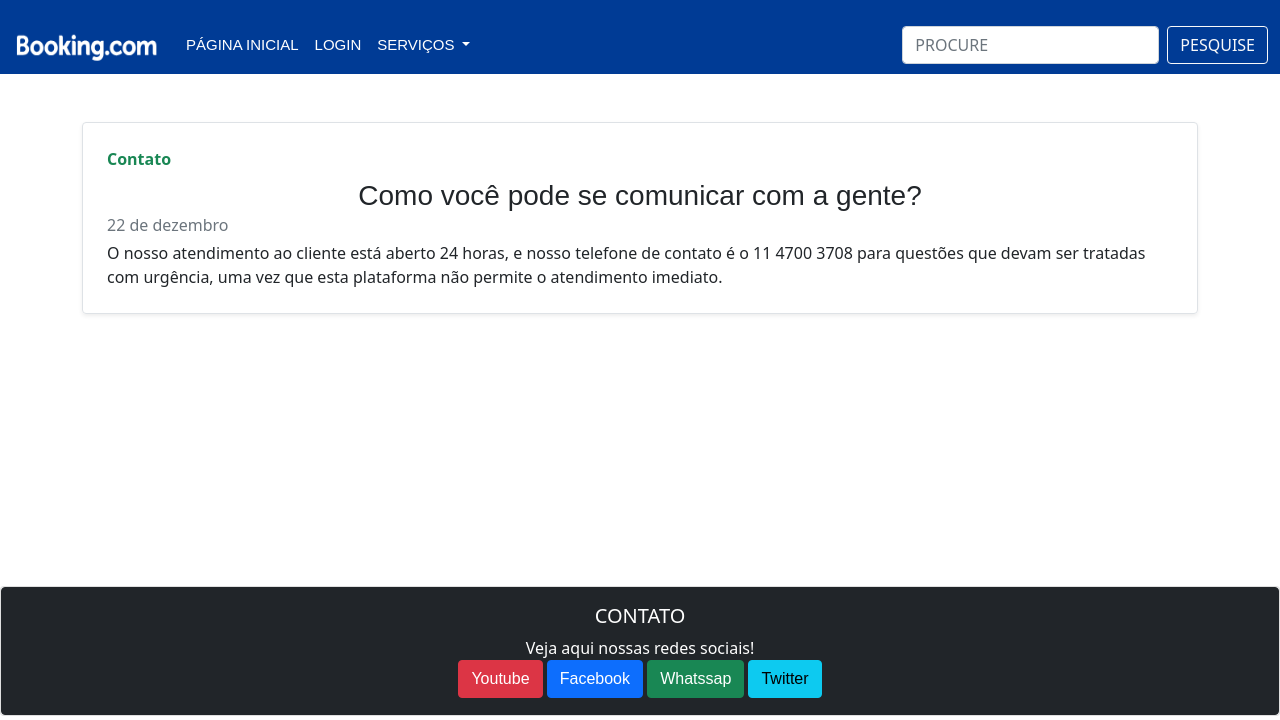
Repository: AnaLuizaDias/INB0243-
Page: contato.html
These files come from the project's save history. The page is drawn as it stood at one moment and after the next save; the edit follows.
The browser window is 1280 px wide. The pictures show the whole page.

Above is the page before, as saved 2023-10-25 16:14:31.

### contato.html
<!DOCTYPE html>
<html lang="pt-br">
  <head>
    <meta charset="UTF-8" />
    <meta
      name="viewport"
      content="width=device-width,
    initial-scale=1.0"
    />
    <title>Booking</title>
    <link rel="stylesheet" href="style.css" />
    <script
      src="https://cdn.jsdelivr.net/npm/bootstrap@5.1.3/dist/js/bootstrap.bundle.min.js"
      integrity="sha384-ka7Sk0Gln4gmtz2MlQnikT1wXgYsOg+OMhuP+IlRH9sENBO0LRn5q+8nbTov4+1p"
      crossorigin="anonymous"
    ></script>
    <link
      href="https://cdn.jsdelivr.net/npm/bootstrap@5.1.3/dist/css/bootstrap.min.css"
      rel="stylesheet"
      integrity="sha384-1BmE4kWBq78iYhFldvKuhfTAU6auU8tT94WrHftjDbrCEXSU1oBoqyl2QvZ6jIW3"
      crossorigin="anonymous"
    />
  </head>
  <body style="background-color: white">
    <nav class="navbar navbar-expand-lg navbar-light cor1">
      <div class="container-fluid 4"></div>
    </nav>

    <nav class="navbar navbar-expand-lg navbar-light cor1">
      <div class="container-fluid 4">
        <img src="images/booking.png" alt="Imagem" height="42" width="150" />
        <a class="navbar-brand text-white" href=""></a>
        <button
          class="navbar-toggler"
          type="button"
          data-bs-toggle="collapse"
          data-bs-target="#navbarScroll"
          aria-controls="navbarScroll"
          aria-expanded="false"
          aria-label="Toggle navigation"
        >
          <span class="navbar-toggler-icon"></span>
        </button>
        <div class="collapse navbar-collapse" id="navbarScroll">
          <ul
            class="navbar-nav me-auto my-2 my-lg-0 navbar-nav-scroll"
            style="--bs-scroll-height: 100px"
          >
            <li class="nav-item">
              <a
                class="nav-link active text-white"
                aria-current="page"
                href="index.html"
                >PÁGINA INICIAL</a
              >
            </li>
            <li class="nav-item teste">
              <a class="nav-link text-white" href="login.html">LOGIN</a>
            </li>
            <li class="nav-item dropdown">
              <a
                class="nav-link dropdown-toggle text-white"
                href="#"
                id="navbarScrollingDropdown"
                role="button"
                data-bs-toggle="dropdown"
                aria-expanded="false"
              >
                SERVIÇOS
              </a>
              <ul
                class="dropdown-menu"
                aria-labelledby="navbarScrollingDropdown"
              >
                <li><a class="dropdown-item" href="pass.html">PASSAGENS</a></li>
                <li><a class="dropdown-item" href="hot.html">HOSPEDAGEM</a></li>
                <li><a class="dropdown-item" href="loc.html">LOCOMOÇÃO</a></li>
                <li><a class="dropdown-item" href="localizacao.html">LOCALIZAÇÃO</a></li>
              <li><a class="dropdown-item" href="faq.html">FAQ</a></li>
              <li><a class="dropdown-item" href="contato.html">CONTATO</a></li>
                <li>
                  <hr class="dropdown-divider" />
                </li>
                <li>
                  <a class="dropdown-item" href="relat.html">EXPERIÊNCIAS</a>
                </li>
              </ul>
            </li>
            <li class="nav-item text-white">
              <a class="nav-link disabled"></a>
            </li>
          </ul>
          <form class="d-flex">
            <input
              class="form-control me-2"
              type="search"
              placeholder="PROCURE"
              aria-label="Search"
            />
            <button class="btn btn-outline-light" type="submit">
              PESQUISE
            </button>
          </form>
        </div>
      </div>
    </nav>
    <br /><br />

    <main class="container">
      <div class="row mb-2">
        <div class="col-md-12">
          <div
            class="row g-0 border rounded overflow-hidden flex-md-row mb-4 shadow-sm h-md-250 position-relative"
          >
            <div class="col p-4 d-flex flex-column position-static">
              <strong class="d-inline-block mb-2 text-success">Contato</strong>
              <h3 class="mb-0">Como você pode se comunicar com a gente?</h3>
              <div class="mb-1 text-muted">22 de dezembro</div>
              <p class="card-text mb-auto">
                O nosso atendimento ao cliente está aberto 24 horas, e nosso telefone de contato é o 11 4700 3708 para questões que devam ser tratadas com urgência, uma vez que esta plataforma não permite o atendimento imediato.
              </p>
            </div>
          </div>
        </div>

      </div>

      <br /><br />
      <br /><br />
      <br /><br />
      <br /><br />



      </div>
    </main>
    <br /><br />
    <div class="card text-center">
      <div class="card-body btn btn-dark">
        <h5 class="card-title">CONTATO</h5>
        <p class="card-text">
          Veja aqui nossas redes sociais!<br />
          <a href="https://www.youtube.com/?hl=pt&gl=BR" class="btn btn-danger"
            >Youtube</a
          >
          <a href="https://pt-br.facebook.com/" class="btn btn-primary"
            >Facebook</a
          >
          <a href="https://web.whatsapp.com/" class="btn btn-success"
            >Whatssap</a
          >
          <a href="https://twitter.com/login?lang=pt" class="btn btn-info"
            >Twitter</a
          >
        </p>
      </div>
    </div>
  </body>
</html>

### style.css
@import url('https://fonts.googleapis.com/css2?family=Bangers&display=swap');
@import url('https://fonts.googleapis.com/css2?family=Bangers&family=Bebas+Neue&display=swap');
@import url('https://fonts.googleapis.com/css2?family=Karla:ital,wght@1,300&display=swap');
.li {
    color: white;
}
.cor1{
    background-color: #003B95;
}
.cor2{
    background-color: #544eff;
}

body{
    background-color: #544eff ;
}
.cor3{
    background-color: #8F8CDB;
}
.teste {
    font-family: Arial, sans;
    color:white;
}

a{
    font-family:Arial, Helvetica, sans-serif;
    font-size:15px;
}
.navbar-brand {
    font-size: 30px;
}
cardy-body{
    padding: 20px;
}
.card1{
   width: 30%;
}
.foto1{
    width:50%;
}
.direita{
    float: right;
    width: 50%;
    padding-left: 5%;
    text-align: justify;
}
.esquerda{
    text-align: justify;
}
.form-signin {
    width: 100%;
    max-width: 330px;
    padding: 15px;
    margin: auto;
    font-family:'Times New Roman', Times, serif
  }

  .form-signin .checkbox {
    font-weight: 400;
  }

  .form-signin .form-floating:focus-within {
    z-index: 2;
  }

  .form-signin input[type="email"] {
    margin-bottom: -1px;
    border-bottom-right-radius: 0;
    border-bottom-left-radius: 0;
  }

  .form-signin input[type="password"] {
    margin-bottom: 10px;
    border-top-left-radius: 0;
    border-top-right-radius: 0;
  }
  h1, label{
    font-family: 'Segoe UI', Tahoma, Geneva, Verdana, sans-serif;
 }

 .cor{
     color: #fff;
 }
 .font{
     font-family: 'Segoe UI', Tahoma, Geneva, Verdana, sans-serif;
 }
 .conta{
    padding: 20px;
 }
 .ola{
    padding:20px;
 }
.formulario{
    padding:20px;
}
h3{
    text-align: center;
    font-family:Arial, Helvetica, sans-serif;
    font-size: 20px;
}

 .localizacao{
    align-content: center;
    padding-left: 30px;
 }

After the next save:
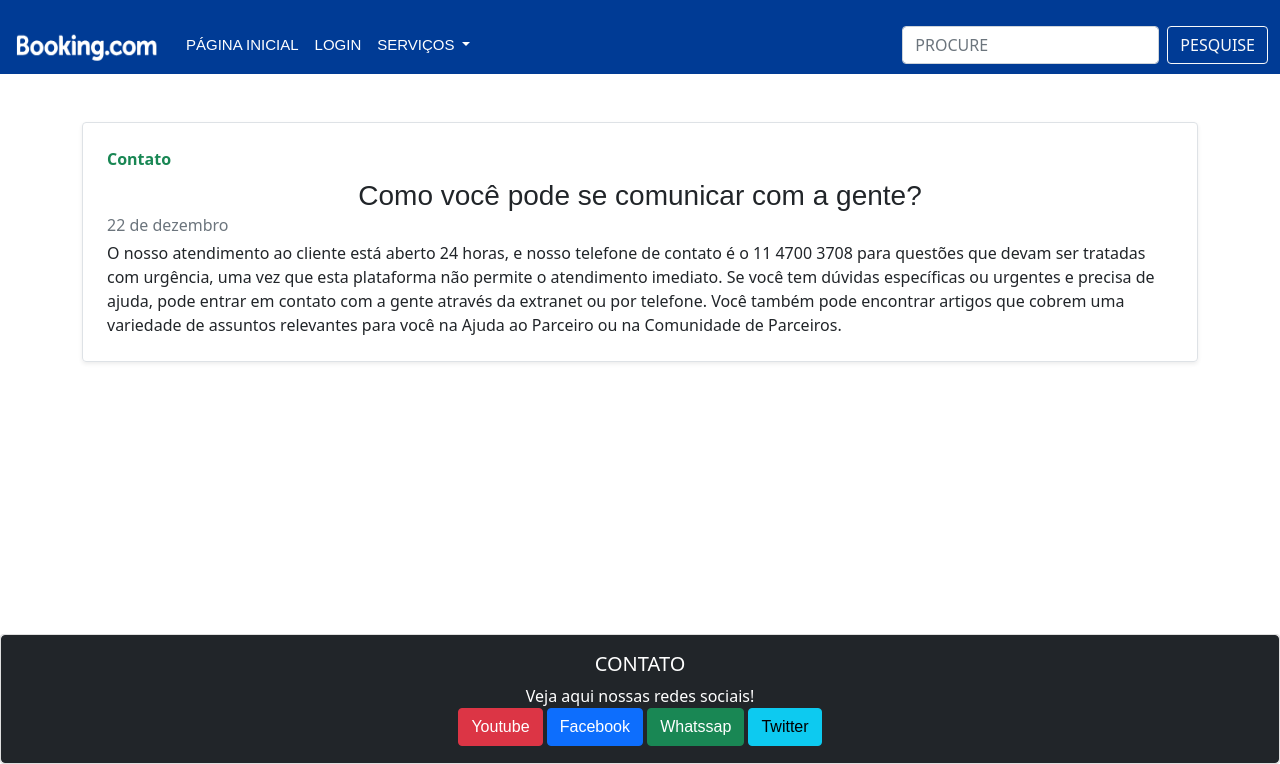
Saved 23 s later.
--- a/contato.html
+++ b/contato.html
@@ -118,6 +118,7 @@
               <div class="mb-1 text-muted">22 de dezembro</div>
               <p class="card-text mb-auto">
                 O nosso atendimento ao cliente está aberto 24 horas, e nosso telefone de contato é o 11 4700 3708 para questões que devam ser tratadas com urgência, uma vez que esta plataforma não permite o atendimento imediato.
+                Se você tem dúvidas específicas ou urgentes e precisa de ajuda, pode entrar em contato com a gente através da extranet ou por telefone. Você também pode encontrar artigos que cobrem uma variedade de assuntos relevantes para você na Ajuda ao Parceiro ou na Comunidade de Parceiros.
               </p>
             </div>
           </div>
